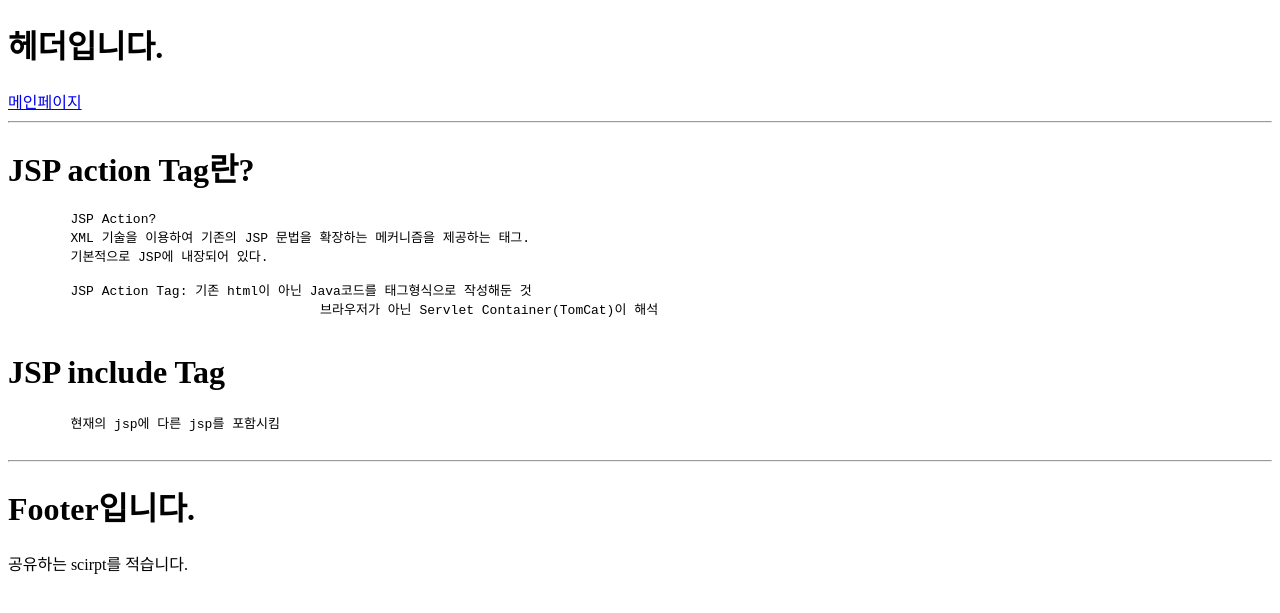
Repository: Seenee-Shin/servlet-jsp
Page: http://localhost/JSPProject/02_action.jsp
The author's editor kept a copy of each file at every save. The page is drawn from the files as they stood at one save, then again after the next save.
The browser window is 1280 px wide. The pictures show the whole page.
The page is served by Tomcat 9. Other server files are loaded and not shown.

Above is the page before, as saved 2021-11-29 05:12:32.

### JSPProject/src/main/webapp/02_action.jsp
<%@ page language="java" contentType="text/html; charset=UTF-8"
    pageEncoding="UTF-8"%>
<!DOCTYPE html>
<html>
<head>
<meta charset="UTF-8">
<title>02.JSP action tag</title>
</head>
<body>

	<%-- header.jsp:inclue 파일 경로 작성--%>
	<jsp:include page="/common/header.jsp"></jsp:include>
	<%--<jsp:include page="/common/header.jsp/">--%>

	<h1> JSP action Tag란?</h1>
	<pre>
	JSP Action?
	XML 기술을 이용하여 기존의 JSP 문법을 확장하는 메커니즘을 제공하는 태그.
	기본적으로 JSP에 내장되어 있다.

	JSP Action Tag: 기존 html이 아닌 Java코드를 태그형식으로 작성해둔 것
	 				브라우저가 아닌 Servlet Container(TomCat)이 해석
	</pre>

	<h1>JSP include Tag</h1>
	<pre>
	현재의 jsp에 다른 jsp를 포함시킴
	</pre>

	<jsp:include page="/common/footer.jsp"/>

</body>
</html>

### JSPProject/src/main/webapp/common/header.jsp
<%@ page language="java" contentType="text/html; charset=UTF-8"
    pageEncoding="UTF-8"%>
	<header>
		<h1>헤더입니다.</h1>
		<a href="<%= request.getContextPath()%>">메인페이지</a>
		<!-- request.getContextPath() : 최상위 주소 반환  -->
	</header>
	<hr>

### JSPProject/src/main/webapp/common/footer.jsp
<%@ page language="java" contentType="text/html; charset=UTF-8"
    pageEncoding="UTF-8"%>
<hr>
<footer>
	<h1>Footer입니다.</h1>
	공유하는 scirpt를 적습니다.
</footer>

<script src="https://code.jquery.com/jquery-3.6.0.min.js" integrity="sha256-/xUj+3OJU5yExlq6GSYGSHk7tPXikynS7ogEvDej/m4=" crossorigin="anonymous"></script>

After the next save:
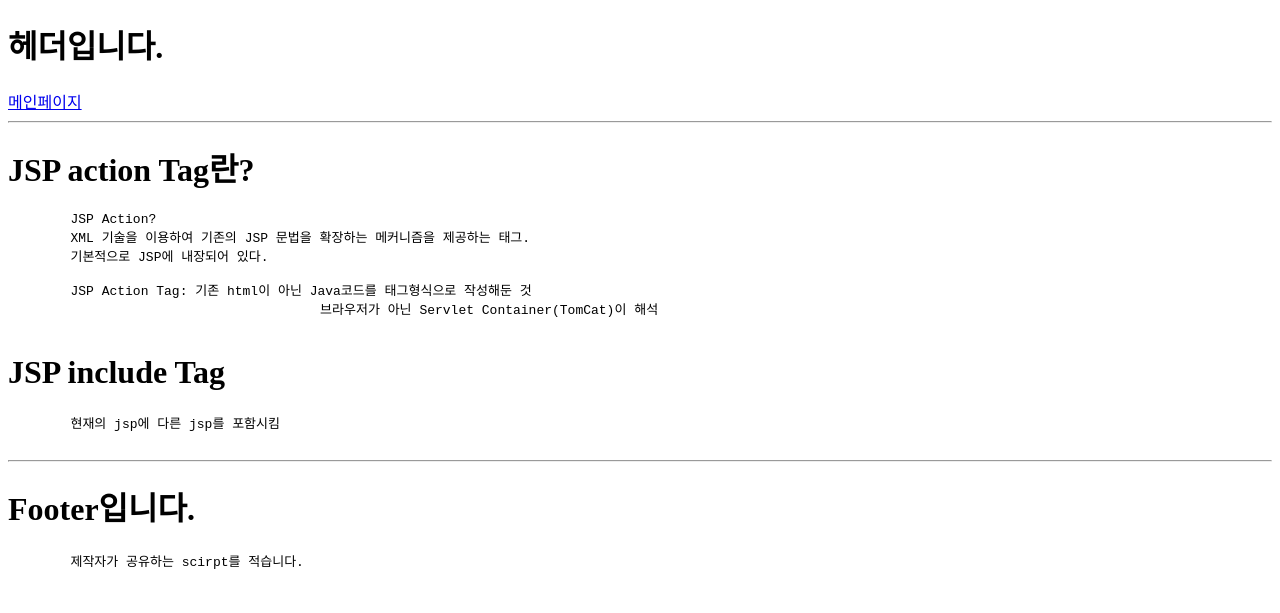
Saved 53 s later.
--- a/JSPProject/src/main/webapp/common/footer.jsp
+++ b/JSPProject/src/main/webapp/common/footer.jsp
@@ -3,7 +3,9 @@
 <hr>
 <footer>
 	<h1>Footer입니다.</h1>
-	공유하는 scirpt를 적습니다.
+	<pre>
+	제작자가 공유하는 scirpt를 적습니다.
+	</pre>
 </footer>
 
 <script src="https://code.jquery.com/jquery-3.6.0.min.js" integrity="sha256-/xUj+3OJU5yExlq6GSYGSHk7tPXikynS7ogEvDej/m4=" crossorigin="anonymous"></script>
